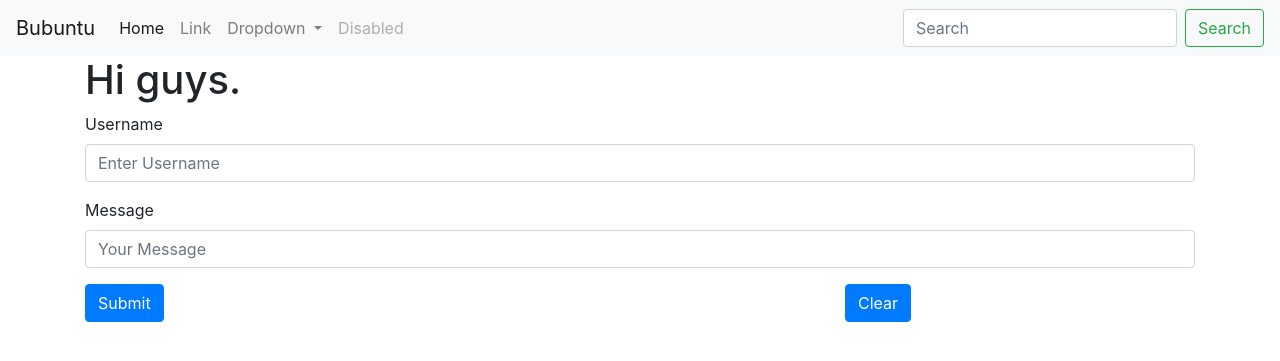
Repository: TanglingTreats/bubuntu-app
Page: http://localhost/
The author's editor kept a record of every edit. The page is drawn from the files as they stood at one moment, then again after the next edit.
The browser window is 1280 px wide. The pictures show the whole page.
The page is served by the project's application, run on Flask 3 (run.py).

Above is the page before.

### templates/index.html
{%extends 'layout.html'%}
{%block title%}Hello~{%endblock%}
{%block heading%}<h1>Hi guys.</h1>{%endblock%}
{%block form%}
<form class="form" method="POST">
  <div class="form-group">
    <label for="exampleUser">Username</label>
    <input type="text" class="form-control" name="username" id="exampleUser" aria-describedby="emailHelp" placeholder="Enter Username">
  </div>
  <div class="form-group">
    <label for="exampleMsg">Message</label>
    <input type="text" class="form-control" name="message" id="exampleMsg" placeholder="Your Message">
  </div>
  <div class="row d-flex justify-content-between">
    <div class="col-md-4">
      <button type="submit" value="Send" class="btn btn-primary">Submit</button>
    </div>
    <div class="col-md-4">
      <button type="button" value="Clear" class="btn btn-primary">Clear</button>
    </div>
  </div>
</form>
</br>
{%for m in messages %}
<div>
    <strong>From: </strong>{{m["username"]}}<br/>
    <strong>Message: </strong>{{m["message"]}}<br/>
</div>
{%endfor%}
{%endblock%}

### templates/layout.html
<!doctype html>
<html lang="en">
  <head>
    <!-- Required meta tags -->
    <meta charset="utf-8">
    <meta name="viewport" content="width=device-width, initial-scale=1, shrink-to-fit=no">

    <!-- Bootstrap CSS -->
    <link rel="stylesheet" href="https://stackpath.bootstrapcdn.com/bootstrap/4.3.1/css/bootstrap.min.css" integrity="sha384-ggOyR0iXCbMQv3Xipma34MD+dH/1fQ784/j6cY/iJTQUOhcWr7x9JvoRxT2MZw1T" crossorigin="anonymous">

    <title>{%block title%}{%endblock%}</title>
  </head>
  <body>
    <nav class="navbar navbar-expand-lg navbar-light bg-light">
      <a class="navbar-brand" href="#">Bubuntu</a>
      <button class="navbar-toggler" type="button" data-toggle="collapse" data-target="#navbarSupportedContent" aria-controls="navbarSupportedContent" aria-expanded="false" aria-label="Toggle navigation">
        <span class="navbar-toggler-icon"></span>
      </button>

      <div class="collapse navbar-collapse" id="navbarSupportedContent">
        <ul class="navbar-nav mr-auto">
          <li class="nav-item active">
            <a class="nav-link" href="#">Home <span class="sr-only">(current)</span></a>
          </li>
          <li class="nav-item">
            <a class="nav-link" href="#">Link</a>
          </li>
          <li class="nav-item dropdown">
            <a class="nav-link dropdown-toggle" href="#" id="navbarDropdown" role="button" data-toggle="dropdown" aria-haspopup="true" aria-expanded="false">
              Dropdown
            </a>
            <div class="dropdown-menu" aria-labelledby="navbarDropdown">
              <a class="dropdown-item" href="#">Action</a>
              <a class="dropdown-item" href="#">Another action</a>
              <div class="dropdown-divider"></div>
              <a class="dropdown-item" href="#">Something else here</a>
            </div>
          </li>
          <li class="nav-item">
            <a class="nav-link disabled" href="#" tabindex="-1" aria-disabled="true">Disabled</a>
          </li>
        </ul>
        <form class="form-inline my-2 my-lg-0">
          <input class="form-control mr-sm-2" type="search" placeholder="Search" aria-label="Search">
          <button class="btn btn-outline-success my-2 my-sm-0" type="submit">Search</button>
        </form>
      </div>
    </nav>

    <div class="container">
        {%block heading%}{%endblock%}
        {%block form%}{%endblock%}
    </div>



    <!-- Optional JavaScript -->
    <!-- jQuery first, then Popper.js, then Bootstrap JS -->
    <script src="https://code.jquery.com/jquery-3.3.1.slim.min.js" integrity="sha384-q8i/X+965DzO0rT7abK41JStQIAqVgRVzpbzo5smXKp4YfRvH+8abtTE1Pi6jizo" crossorigin="anonymous"></script>
    <script src="https://cdnjs.cloudflare.com/ajax/libs/popper.js/1.14.7/umd/popper.min.js" integrity="sha384-UO2eT0CpHqdSJQ6hJty5KVphtPhzWj9WO1clHTMGa3JDZwrnQq4sF86dIHNDz0W1" crossorigin="anonymous"></script>
    <script src="https://stackpath.bootstrapcdn.com/bootstrap/4.3.1/js/bootstrap.min.js" integrity="sha384-JjSmVgyd0p3pXB1rRibZUAYoIIy6OrQ6VrjIEaFf/nJGzIxFDsf4x0xIM+B07jRM" crossorigin="anonymous"></script>
  </body>
</html>

### run.py
from flask import Flask, render_template, request, redirect
import os

app = Flask(__name__)

app.secret_key = os.getenv("SECRET", "secretkey123")

messages = []

@app.route("/")
def index():
    return render_template("index.html", messages=messages)

@app.route("/", methods=["POST"])
def get_message():
    if request.form.get("Submit"):
        print("Run")
        username = request.form.get("username")
        msg = request.form.get("message")

        if username != '' and msg != '':
            post = {
                "username": username,
                "message": msg
                }
            messages.append(post)
            print(messages)

    if request.form.get("Clear"):
        messages.clear()
        print(messages)

    return redirect("/")



if __name__ == "__main__":
    app.run(host=os.environ.get("IP", "0.0.0.0"),
            port=int(os.environ.get("PORT", "5000")),
            debug=True)

After the next edit:
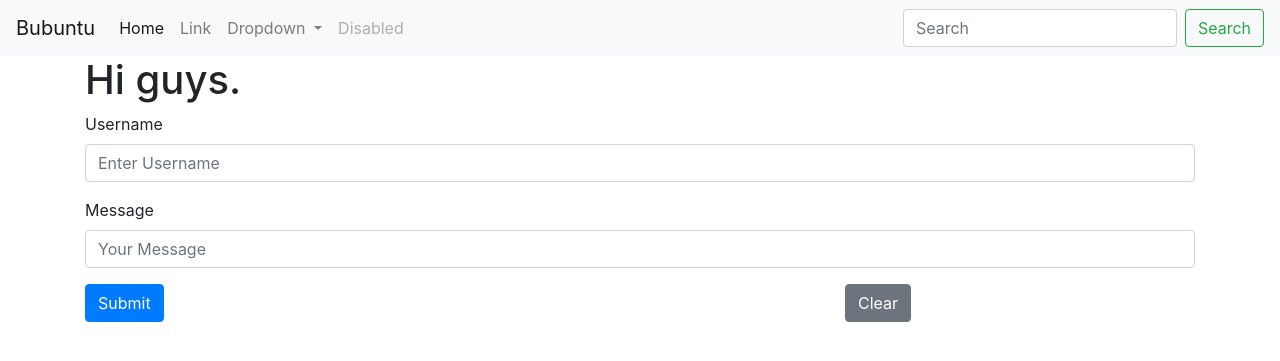
The edit:
--- a/templates/index.html
+++ b/templates/index.html
@@ -16,7 +16,7 @@
       <button type="submit" value="Send" class="btn btn-primary">Submit</button>
     </div>
     <div class="col-md-4">
-      <button type="button" value="Clear" class="btn btn-primary">Clear</button>
+      <button type="button" value="Clear" class="btn btn-secondary">Clear</button>
     </div>
   </div>
 </form>
